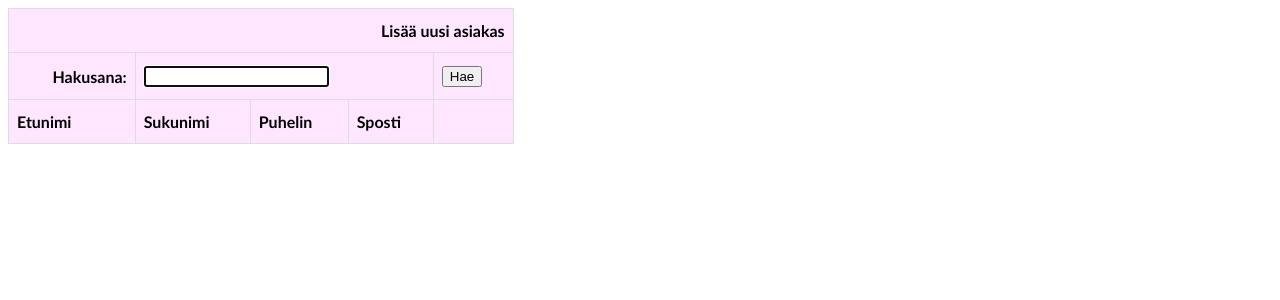
Repository: santraaj/Asiakkaat
Page: http://localhost/Asiakkaat/listaaasiakkaat.jsp
These files come from the project's save history. The page is drawn as it stood at one moment and after the next save; the edit follows.
The browser window is 1280 px wide. The pictures show the whole page.
The page is served by Tomcat 9.

Above is the page before, as saved 2020-05-04 19:38:20.

After the next save:
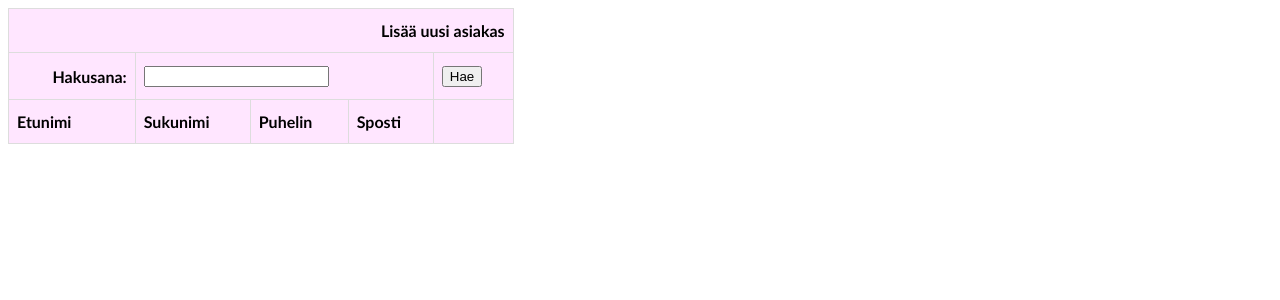
Console error: SyntaxError: Unexpected string
Saved 2 min 59 s later.
--- a/Asiakkaat/WebContent/listaaasiakkaat.jsp
+++ b/Asiakkaat/WebContent/listaaasiakkaat.jsp
@@ -62,7 +62,7 @@
 			htmlStr+= "<td>" + field.sukunimi + "</td>";
 			htmlStr+= "<td>" + field.puhelin + "</td>";
 			htmlStr+= "<td>" + field.sposti + "</td>";
-			htmlStr+= "<td>Poista</td>";
+			htmlStr+= "<span class = 'poista' onclick = poista(''"+field.asiakas_id"')>Poista</span>";
 			htmlStr+= "</tr>";
 			$("#listaus tbody").append(htmlStr);
 		});

After the 6 saves that followed:
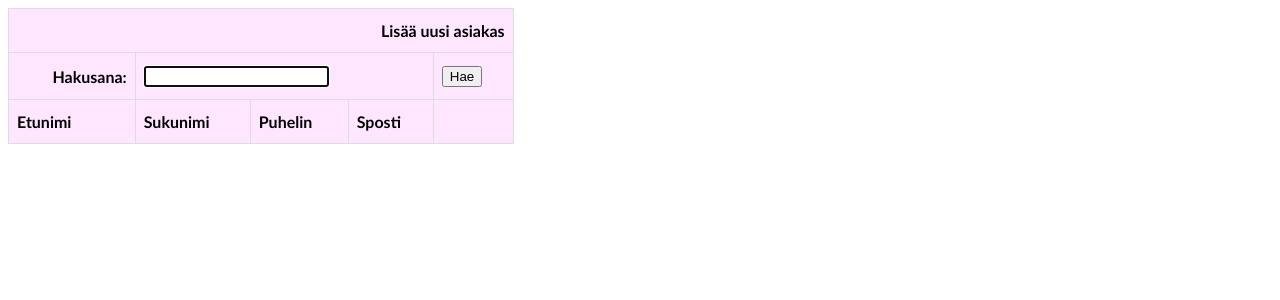
The error is gone.
The 6 saves are shown as one change because 5 left the picture as it was.
The last was saved 10 min 12 s later.
--- a/Asiakkaat/WebContent/listaaasiakkaat.jsp
+++ b/Asiakkaat/WebContent/listaaasiakkaat.jsp
@@ -62,13 +62,16 @@
 			htmlStr+= "<td>" + field.sukunimi + "</td>";
 			htmlStr+= "<td>" + field.puhelin + "</td>";
 			htmlStr+= "<td>" + field.sposti + "</td>";
-			htmlStr+= "<span class = 'poista' onclick = poista(''"+field.asiakas_id"')>Poista</span>";
+			htmlStr+="<td><span class='poista' onclick=poista('"+field.asiakas_id+"')>Poista</span></td>";
 			htmlStr+= "</tr>";
 			$("#listaus tbody").append(htmlStr);
 		});
 	}});
 }
 
+function poista(asiakas_id) {
+	console.log(asiakas_id);
+}
 </script>
 </body>
 </html>
